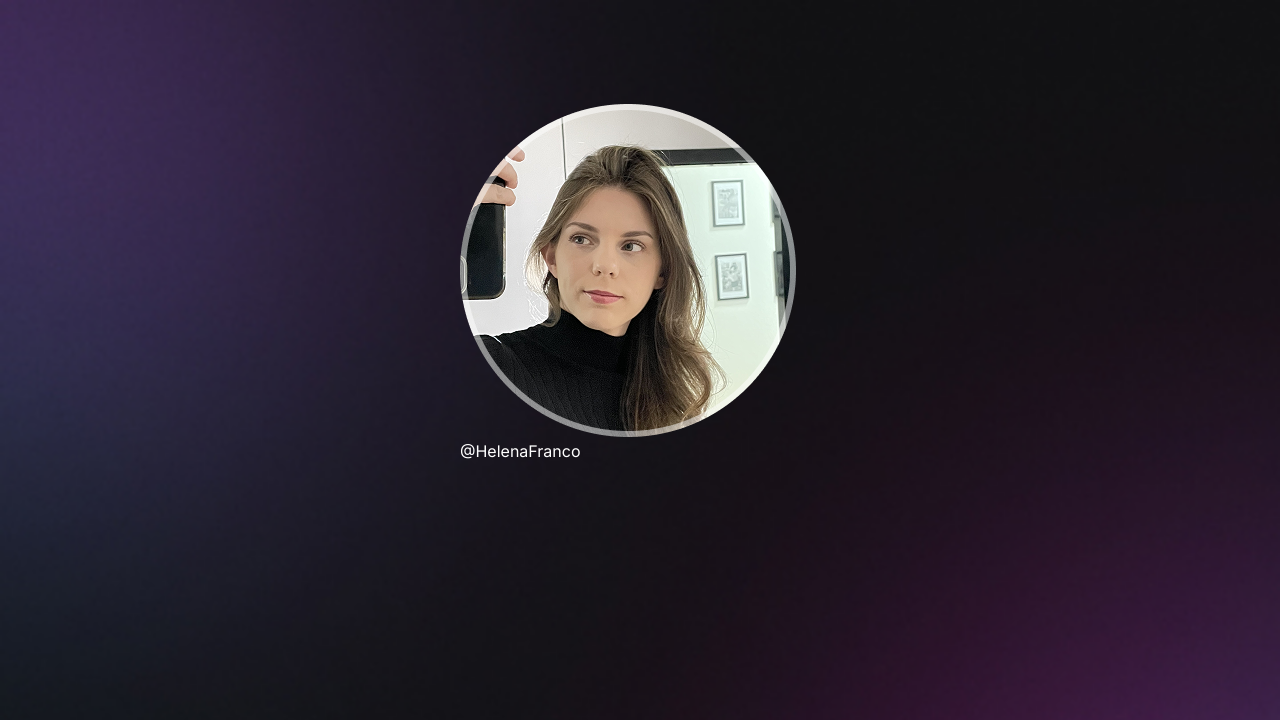
Repository: Fr4nc021/Pagina-de-links-
Page: index.html
The author's editor kept a copy of each file at every save. The page is drawn from the files as they stood at one save, then again after the next save.
The browser window is 1280 px wide. The pictures show the whole page.

Above is the page before, as saved 2025-02-07 17:33:16.

### index.html
<!DOCTYPE html>
<html lang="pt-br">
<head>
    <link rel="preconnect" href="https://fonts.googleapis.com">
    <link rel="preconnect" href="https://fonts.gstatic.com" crossorigin>
    <link href="https://fonts.googleapis.com/css2?family=Inter:ital,opsz,wght@0,14..32,100..900;1,14..32,100..900&display=swap" rel="stylesheet">
    <meta charset="UTF-8">
    <meta name="viewport" content="width=device-width, initial-scale=1.0">
    <title>DevLinks</title>
    <link rel="stylesheet" href="style.css">
</head>
<body>
    <div id="container">
    <div id="profile"></div>
    <img
        src="./assets/avatar.png"
        alt="Foto da Helena Franco sorrindo">
        <p>@HelenaFranco</p>
    </div>
    </div>
</body>
</html>

### style.css
* {
    margin: 0%;
    padding: 0%;
    box-sizing: border-box;
}


body {
background: url(./assets/bg-mobile.jpg) no-repeat top center/cover;
}

body * {
        font-family: "Inter", sans-serif;
        color: #ffffff
      }

#container {
    width: 360px;
    margin: 56px auto 0px
}

#profile img {
    width: 112px;
    display: block;
    margin: auto;

}

#profile {
    text-align: center;
    padding: 24px;
}

#profile p {
    font-weight: 500;
    line-height: 24px;
    margin-top: 8px;
}

After the next save:
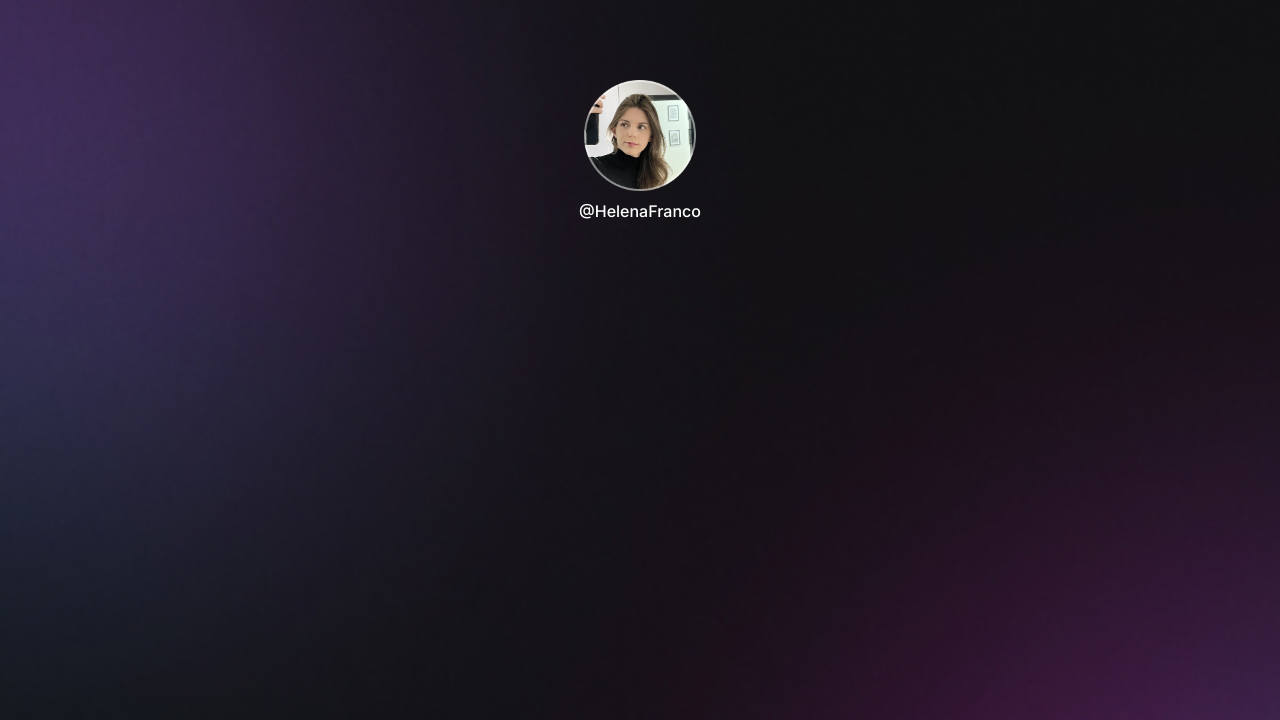
Saved 118 s later.
--- a/index.html
+++ b/index.html
@@ -11,7 +11,7 @@
 </head>
 <body>
     <div id="container">
-    <div id="profile"></div>
+    <div id="profile">
     <img
         src="./assets/avatar.png"
         alt="Foto da Helena Franco sorrindo">
